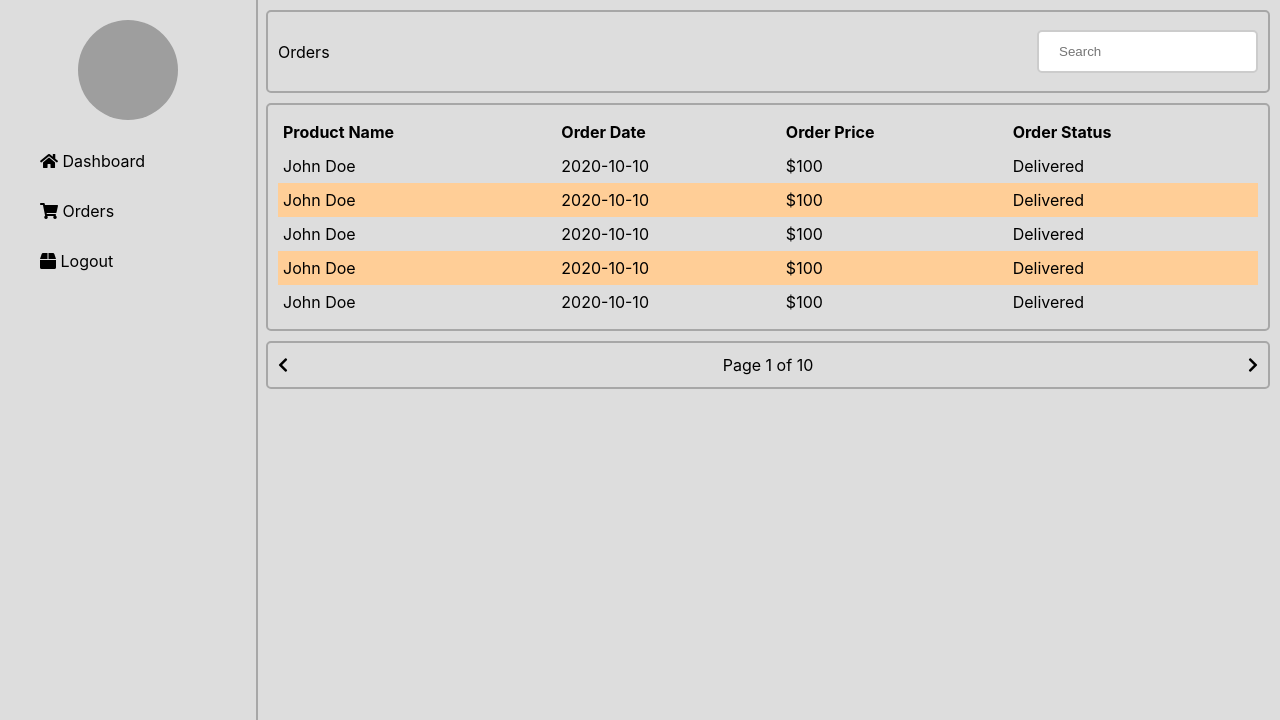
Repository: cjaymoni/FE_Submission02
Page: http://localhost/orders
An editor plug-in stored every save of this project. The page is shown before and after the next save, followed by the edit.
The browser window is 1280 px wide. The pictures show the whole page.
Pictures or frames that could not be fetched are drawn as grey boxes. Some web libraries are served in a nearby version. The page is run by PHP 8.4 with error messages shown; the project is at /var/www/html/.

Above is the page before, as saved 2022-09-29 15:37:24.

### index.php
<!doctype html>
<html lang="en">
<head>
    <?php include './layout/header.html' ?>
</head>
<body>
<?php
require_once './layout/sidebar.html';

$request = $_SERVER['REQUEST_URI'];

switch ($request) {
        case '/' :
        case '' :
        case '/home' :
            case '/login':
                case '/login/':
        require __DIR__.'/views/login-page/login.html';
        break;


        case '/orders':
        case '/orders/':
        require __DIR__.'/views/orders/orders.html';
        break;

        case '/dashboard':
        case '/dashboard/':
        require __DIR__.'/views/dashboard/dashboard.html';
        break;





        default:
        require __DIR__.'/views/login-page/login.html';
        break;
}
?>

 <?php require_once './layout/footer.html' ?>
</body>
</html>

### layout/header.html
<meta charset="utf-8" />
<meta name="viewport" content="width=device-width, initial-scale=1.0" />

<!-- FavIcon -->
<link rel="icon" type="image/svg+xml" href="assets/Freddys_Logo.svg" />

<!-- CSS -->
<link rel="stylesheet" href="css/styles.css" />

<!-- Font Awesome -->
<link
  rel="stylesheet"
  href="https://use.fontawesome.com/releases/v5.8.1/css/all.css"
/>

<!-- Title -->
<title>Freddy's Shop</title>

### layout/sidebar.html
<aside>
  <div class="sidebar" id="sidebar">
    <div class="profile">
      <img src="assets/Freddys_Logo.svg" alt="Freddys_Logo" />
    </div>
    <ul>
      <li>
        <a href="/dashboard">
          <i class="fas fa-home"></i>
          <span>Dashboard</span>
        </a>
      </li>
      <li>
        <a href="/orders">
          <i class="fas fa-shopping-cart"></i>
          <span>Orders</span>
        </a>
      </li>
      <li>
        <a href="products.html">
          <i class="fas fa-box"></i>
          <span>Logout</span>
        </a>
      </li>
    </ul>
  </div>
</aside>
<script src="js/sidebar-toggle.js"></script>

### views/orders/orders.html
<div class="content">
  <div class="container">
    <div class="order-header-text">
      <span>Orders</span>
    </div>
    <div class="order-header-search">
      <input type="text" placeholder="Search" />
    </div>
  </div>

  <div class="container">
    <table>
      <thead>
        <tr>
          <th>Product Name</th>
          <th>Order Date</th>
          <th>Order Price</th>
          <th>Order Status</th>
        </tr>
      </thead>
      <tbody>
        <tr>
          <td>John Doe</td>
          <td>2020-10-10</td>
          <td>$100</td>
          <td>Delivered</td>
        </tr>
        <tr>
          <td>John Doe</td>
          <td>2020-10-10</td>
          <td>$100</td>
          <td>Delivered</td>
        </tr>
        <tr>
          <td>John Doe</td>
          <td>2020-10-10</td>
          <td>$100</td>
          <td>Delivered</td>
        </tr>
        <tr>
          <td>John Doe</td>
          <td>2020-10-10</td>
          <td>$100</td>
          <td>Delivered</td>
        </tr>

        <tr>
          <td>John Doe</td>
          <td>2020-10-10</td>
          <td>$100</td>
          <td>Delivered</td>
        </tr>
      </tbody>
    </table>
  </div>

  <div class="container">
    <i class="fas fa-chevron-left"></i>
    Page 1 of 10

    <i class="fas fa-chevron-right"></i>
  </div>
</div>

### layout/footer.html
<script
  src="https://code.jquery.com/jquery-3.6.1.min.js"
  integrity="sha256-o88AwQnZB+VDvE9tvIXrMQaPlFFSUTR+nldQm1LuPXQ="
  crossorigin="anonymous"
></script>

### css/styles.css
:root {
    --color-primary: #f00;
    --color-secondary: #0f0;
    --color-tertiary: rgb(0, 110, 255);
    background-color: #dddddd;
    font-family: Inter, Avenir, Helvetica, Arial, sans-serif;
    font-size: 16px;
    line-height: 24px;
    min-width: 100vw;
    min-height: 100vh;
    scroll-behavior: smooth;
}


body {
    overflow-x: hidden;
    height: 100vh;
    width: 100vw;
    margin: 0;
}

.login-div {
    display: flex;
    flex-direction: column;
    justify-content: center;
    align-items: center;
    border: 5px solid rgb(65, 61, 61);
    margin: auto;
    margin-top: 15%;
    width: 50%;
    padding: 5px;


}

.login-head {
    display: flex;
    justify-content: space-between;
    flex-wrap: wrap;
}

.login-img {
    width: 100px;
    height: 100px;
    border-radius: 50%;
    margin: 10px;
}

.login-head-text {
    display: flex;
    justify-content: center;
    align-items: center;
    margin: 10px;
    flex-wrap: wrap;
}

.login-head-img {
    display: flex;
    justify-content: center;
    align-items: center;
    margin: 10px;
}

.login-form {
    display: flex;
    flex-direction: column;
    justify-content: center;
    align-items: center;
    margin: 10px;
    width: 100%;
}



.input-div {
    display: flex;
    flex-direction: column;
    justify-content: center;
    align-items: center;
    margin: 10px;
    width: 100%;
}

input[type=text],
input[type=password] {
    width: 100%;
    padding: 12px 20px;
    margin: 8px 0;
    display: inline-block;
    border: 2px solid #ccc;
    box-sizing: border-box;
    border-radius: 5px;
}

.login-btn {
    width: 100%;
    padding: 10px;
    border: 2px solid #ccc;
    border-radius: 5px;
}


.sidebar {
    background-color: #dddddd;
    position: fixed;
    top: 0;
    left: 0;
    width: 20%;
    height: 100%;
    padding: 20px 0;
    transition: all 0.5s ease;
    border-right: 2px solid rgb(167, 167, 167);

}

.content {
    width: 80%;
    height: 100%;
    float: right;

}


.sidebar .profile img {
    display: block;
    width: 100px;
    height: 100px;
    border-radius: 50%;
    margin: 0 auto;
}

.sidebar ul li {
    list-style: none;

}

.sidebar ul li a {
    display: block;
    padding: 13px 0px;
    /* border-bottom: 1px solid #10558d; */
    color: black;
    font-size: 16px;
    position: relative;
    text-decoration: none;
}

.sidebar ul li a .icon {
    color: black;
    width: 30px;
    display: inline-block;
}


.container {
    display: flex;
    justify-content: space-between;
    align-items: center;
    margin: 10px;
    padding: 10px;
    border: 2px solid rgb(167, 167, 167);
    border-radius: 5px;
}

/* .order-table-div {
    display: flex;
    justify-content: center;
    align-items: center;
    margin: 10px;
    padding: 10px;
    border: 2px solid rgb(167, 167, 167);
    border-radius: 5px;

} */

table {
    border-collapse: collapse;
    width: 100%;

}

td,
th {
    padding: 5px;
    text-align: left;
}

tr:nth-child(even) {
    background-color: #ffce97;
}

### js/sidebar-toggle.js
const pgUrl = window.location.href.substr(
  window.location.href.lastIndexOf("/") + 1
);
const sdComponent = document.querySelector(".sidebar");
if (pgUrl === "login") {
  sdComponent.style.display = "none";
}

After the next save:
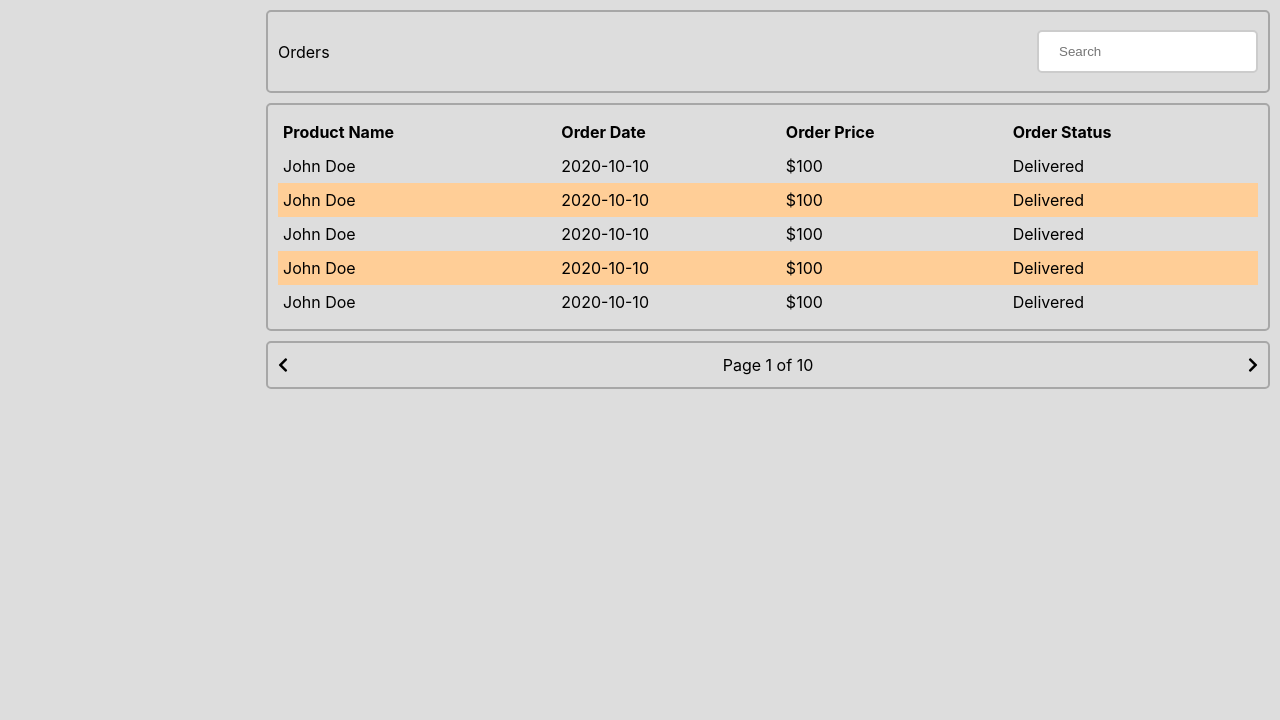
Saved 6 min 57 s later.
--- a/js/sidebar-toggle.js
+++ b/js/sidebar-toggle.js
@@ -2,6 +2,6 @@
   window.location.href.lastIndexOf("/") + 1
 );
 const sdComponent = document.querySelector(".sidebar");
-if (pgUrl === "login") {
+if (pgUrl !== "orders" || pgUrl !== "dashboard") {
   sdComponent.style.display = "none";
 }

After the 2 saves that followed:
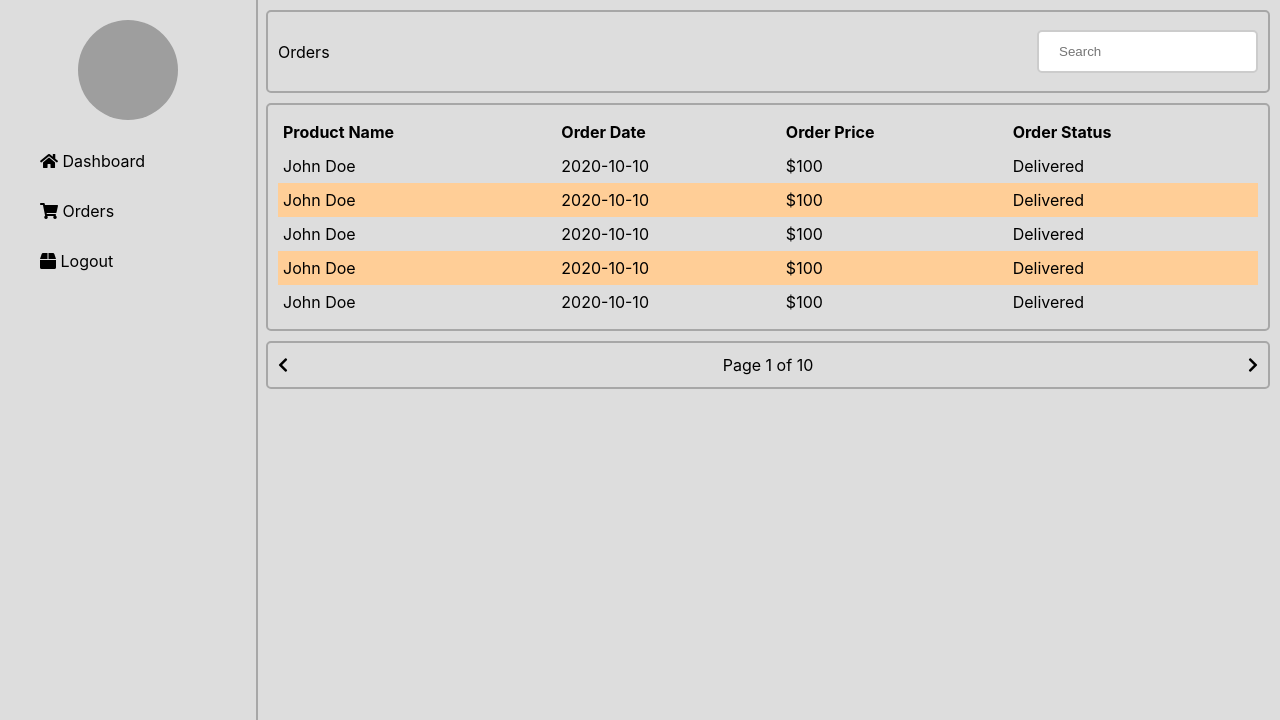
The 2 saves are shown as one change because 1 left the picture as it was.
The last was saved 65 s later.
--- a/js/sidebar-toggle.js
+++ b/js/sidebar-toggle.js
@@ -2,6 +2,6 @@
   window.location.href.lastIndexOf("/") + 1
 );
 const sdComponent = document.querySelector(".sidebar");
-if (pgUrl !== "orders" || pgUrl !== "dashboard") {
-  sdComponent.style.display = "none";
+if (pgUrl === "orders" || pgUrl === "dashboard") {
+  sdComponent.style.display = "show";
 }
